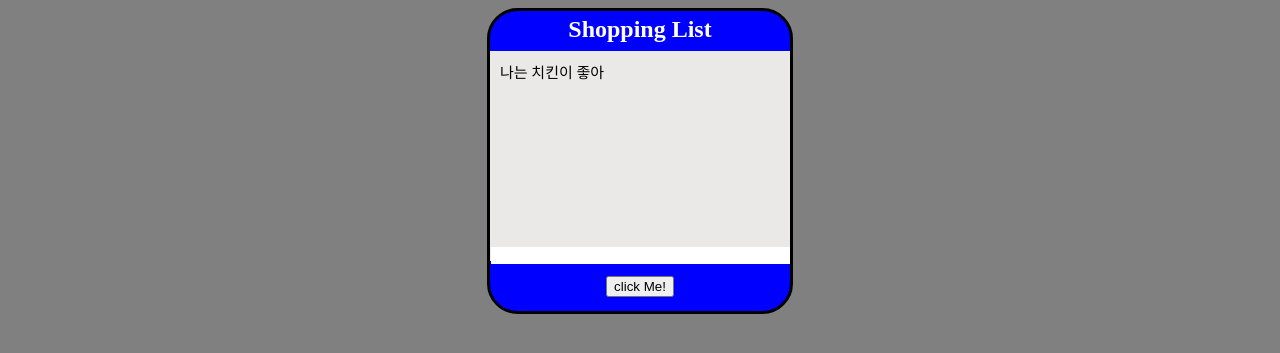
Repository: DevMinwoo-Jung/JavaScript101
Page: WebApIs/shoppingApp/index.html
The author's editor kept a copy of each file at every save. The page is drawn from the files as they stood at one save, then again after the next save.
The browser window is 1280 px wide. The pictures show the whole page.

Above is the page before, as saved 2021-06-14 10:29:08.

### WebApIs/shoppingApp/index.html
<!DOCTYPE html>
<html lang="en">
<head>
  <meta charset="UTF-8">
  <meta http-equiv="X-UA-Compatible" content="IE=edge">
  <meta name="viewport" content="width=device-width, initial-scale=1.0">
  <title>Document</title>
</head>
<link rel="stylesheet" href="style.css" />
<body>
  <div class="list__div">
    <div class="list__div__top">
      <h2>Shopping List</h2>
    </div>
    <div class="item__list">
      <p>나는 치킨이 좋아</p>
      <input type="text">
    </div>
    <div class="button__div">
      <button class="addItem">click Me!</button>
    </div>
  </div>
</body>
<script src="main.js" defer></script>
</html>

### WebApIs/shoppingApp/style.css
:root {
  --topAndBottom-height: 20px;
  --background-color: rgb(235, 232, 232);
}

body {
  background-color: grey;
}

.list__div {
  margin: auto;
  display: block;
  height: 300px;
  text-align: center;
  border: solid;
  position: relative;
  width: 300px;
  border-radius: 10%;
  background: linear-gradient(blue, 50%, pink, 50%, blue);
}

.list__div__top {
  height: var(--topAndBottom-height);
}

.list__div__top h2 {
  margin: 5px;
  color: white;
}

.item__list {
  height: 210px;
  background-color: var(--background-color);
}

.item__list p {
  text-align: left;
  padding-left: 10px;
  padding-top: 10px;
  font-size: 15px;
}

.item__list__input {
  bottom: 10px;
}

.button__div .addItem {
  margin-top: 15px;
}

input {
  width: 295px;
  border: 0px;
  margin-top: 150px;
}

.input__box {
}

Loaded but not shown: WebApIs/shoppingApp/main.js (no copy from this time; the picture is the same without it)

After the next save:
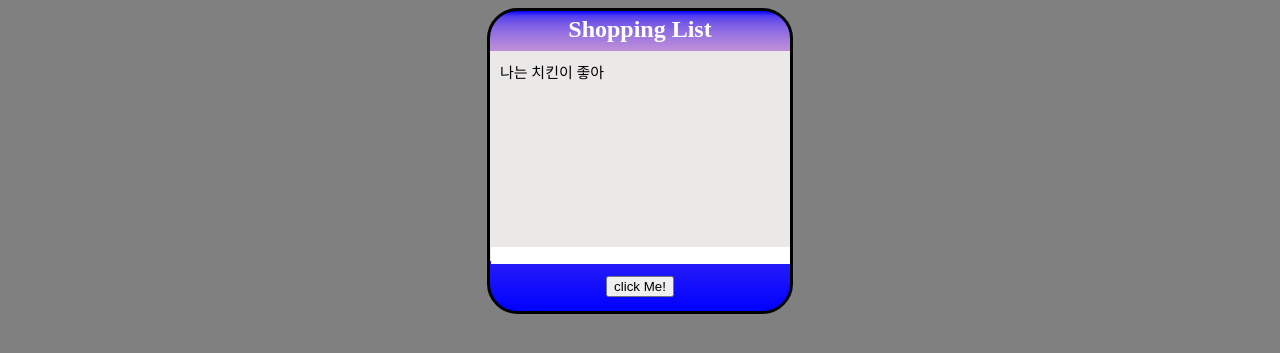
Saved 4 s later.
--- a/WebApIs/shoppingApp/style.css
+++ b/WebApIs/shoppingApp/style.css
@@ -16,7 +16,7 @@ body {
   position: relative;
   width: 300px;
   border-radius: 10%;
-  background: linear-gradient(blue, 50%, pink, 50%, blue);
+  background: linear-gradient(blue, 5%, pink, 50%, blue);
 }
 
 .list__div__top {
